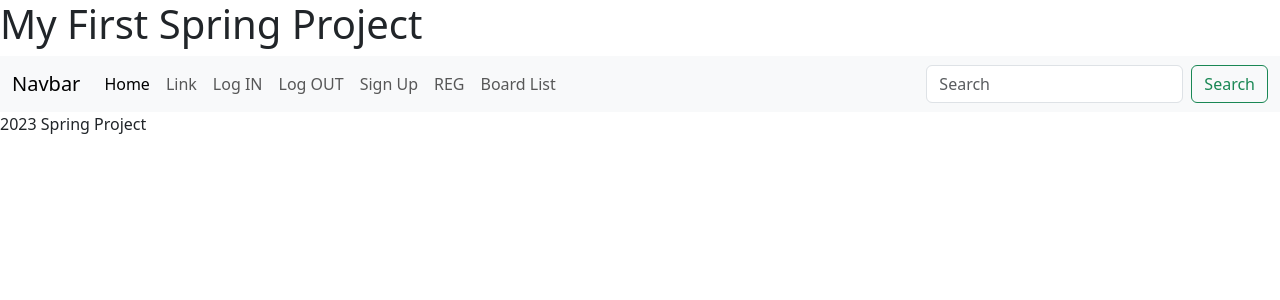
Repository: gatsby5959/_springTest
Page: http://localhost/spring-Test/WEB-INF/views/member/login.jsp
An editor plug-in stored every save of this project. The page is shown before and after the next save, followed by the edit.
The browser window is 1280 px wide. The pictures show the whole page.
The page is served by Tomcat 9. Nobody is signed in. Other server files are loaded and not shown. The template is opened directly, without the code that normally fills it, so the values that code supplies are empty.

Above is the page before, as saved 2023-10-06 07:00:39.

### spring-Test/src/main/webapp/WEB-INF/views/member/login.jsp
<%@ page language="java" contentType="text/html; charset=UTF-8"
    pageEncoding="UTF-8"%>
<%@ taglib uri="http://java.sun.com/jsp/jstl/core" prefix="c" %>
<!DOCTYPE html>
<html>
<head>
<meta charset="UTF-8">
<title>로그인 페이지</title>
</head>
<body>
<jsp:include page="../layout/header.jsp"></jsp:include>


<jsp:include page="../layout/footer.jsp"></jsp:include>
</body>
</html>

### spring-Test/src/main/webapp/WEB-INF/views/layout/header.jsp
<%@ page language="java" contentType="text/html; charset=UTF-8"
    pageEncoding="UTF-8"%>
<%@ taglib uri="http://java.sun.com/jsp/jstl/core" prefix="c" %>
<!DOCTYPE html>
<html>
<head>
<meta charset="UTF-8">
<link href="https://cdn.jsdelivr.net/npm/bootstrap@5.3.1/dist/css/bootstrap.min.css" rel="stylesheet" integrity="sha384-4bw+/aepP/YC94hEpVNVgiZdgIC5+VKNBQNGCHeKRQN+PtmoHDEXuppvnDJzQIu9" crossorigin="anonymous">
<script src="https://cdn.jsdelivr.net/npm/bootstrap@5.3.1/dist/js/bootstrap.bundle.min.js" integrity="sha384-HwwvtgBNo3bZJJLYd8oVXjrBZt8cqVSpeBNS5n7C8IVInixGAoxmnlMuBnhbgrkm" crossorigin="anonymous"></script>
<title>Insert title here</title>

</head>
<body>
<h1> My First Spring Project </h1>

<nav class="navbar navbar-expand-lg bg-body-tertiary">
  <div class="container-fluid">
    <a class="navbar-brand" href="#">Navbar</a>
    <button class="navbar-toggler" type="button" data-bs-toggle="collapse" data-bs-target="#navbarSupportedContent" aria-controls="navbarSupportedContent" aria-expanded="false" aria-label="Toggle navigation">
      <span class="navbar-toggler-icon"></span>
    </button>
    <div class="collapse navbar-collapse" id="navbarSupportedContent">
      <ul class="navbar-nav me-auto mb-2 mb-lg-0">
        <li class="nav-item">
          <a class="nav-link active" aria-current="page" href="#">Home</a>
        </li>
        <li class="nav-item">
          <a class="nav-link" href="#">Link</a>
        </li>
<!--         <li class="nav-item dropdown"> -->
<!--           <a class="nav-link dropdown-toggle" href="#" role="button" data-bs-toggle="dropdown" aria-expanded="false"> -->
<!--             Dropdown -->
<!--           </a> -->
<!--           <ul class="dropdown-menu"> -->
<!--             <li><a class="dropdown-item" href="#">Action</a></li> -->
<!--             <li><a class="dropdown-item" href="#">Another action</a></li> -->
<!--             <li><hr class="dropdown-divider"></li> -->
<!--             <li><a class="dropdown-item" href="#">Something else here</a></li> -->
<!--           </ul> -->
<!--         </li> -->
        <li class="nav-item">
          <a class="nav-link" href="#">Log IN</a>
        </li>
        <li class="nav-item">
          <a class="nav-link" href="#">Log OUT</a>
        </li>
        <li class="nav-item">
          <a class="nav-link" href="#">Sign Up</a>
        </li>
        <li class="nav-item">
          <a class="nav-link" href="/board/register">REG</a> <!-- 컨트롤러board의 register로 가라 -->
        </li>
        <li class="nav-item">
          <a class="nav-link" href="/board/list">Board List</a>
        </li>
      </ul>
      <form class="d-flex" role="search">
        <input class="form-control me-2" type="search" placeholder="Search" aria-label="Search">
        <button class="btn btn-outline-success" type="submit">Search</button>
      </form>
    </div>
  </div>
</nav>

### spring-Test/src/main/webapp/WEB-INF/views/layout/footer.jsp
<%@ page language="java" contentType="text/html; charset=UTF-8"
    pageEncoding="UTF-8"%>

<div>
2023 Spring Project
</div>
</body>
</html>

After the next save:
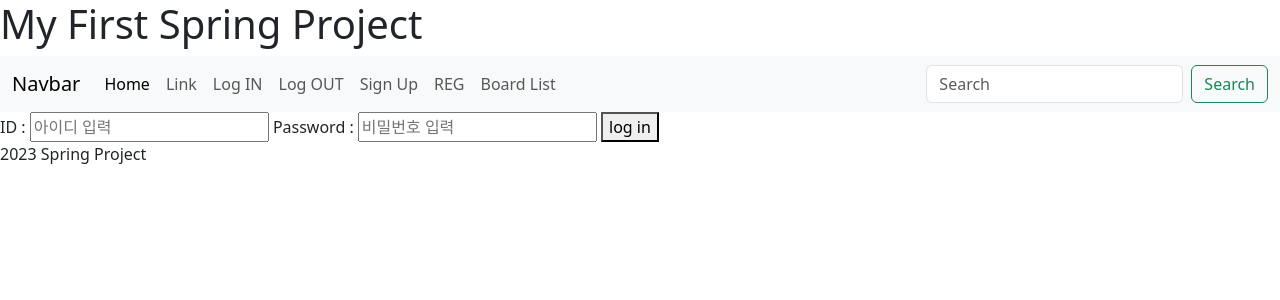
Saved 2 min 8 s later.
--- a/spring-Test/src/main/webapp/WEB-INF/views/member/login.jsp
+++ b/spring-Test/src/main/webapp/WEB-INF/views/member/login.jsp
@@ -9,7 +9,11 @@
 </head>
 <body>
 <jsp:include page="../layout/header.jsp"></jsp:include>
-
+<form action="/member/login" method = "post">
+ID : <input type="text" name = "id" placeholder="아이디 입력">
+Password : <input type="text" name = "pw" placeholder="비밀번호 입력">
+<button type = "submit">log in</button>
+</form>
 
 <jsp:include page="../layout/footer.jsp"></jsp:include>
 </body>
